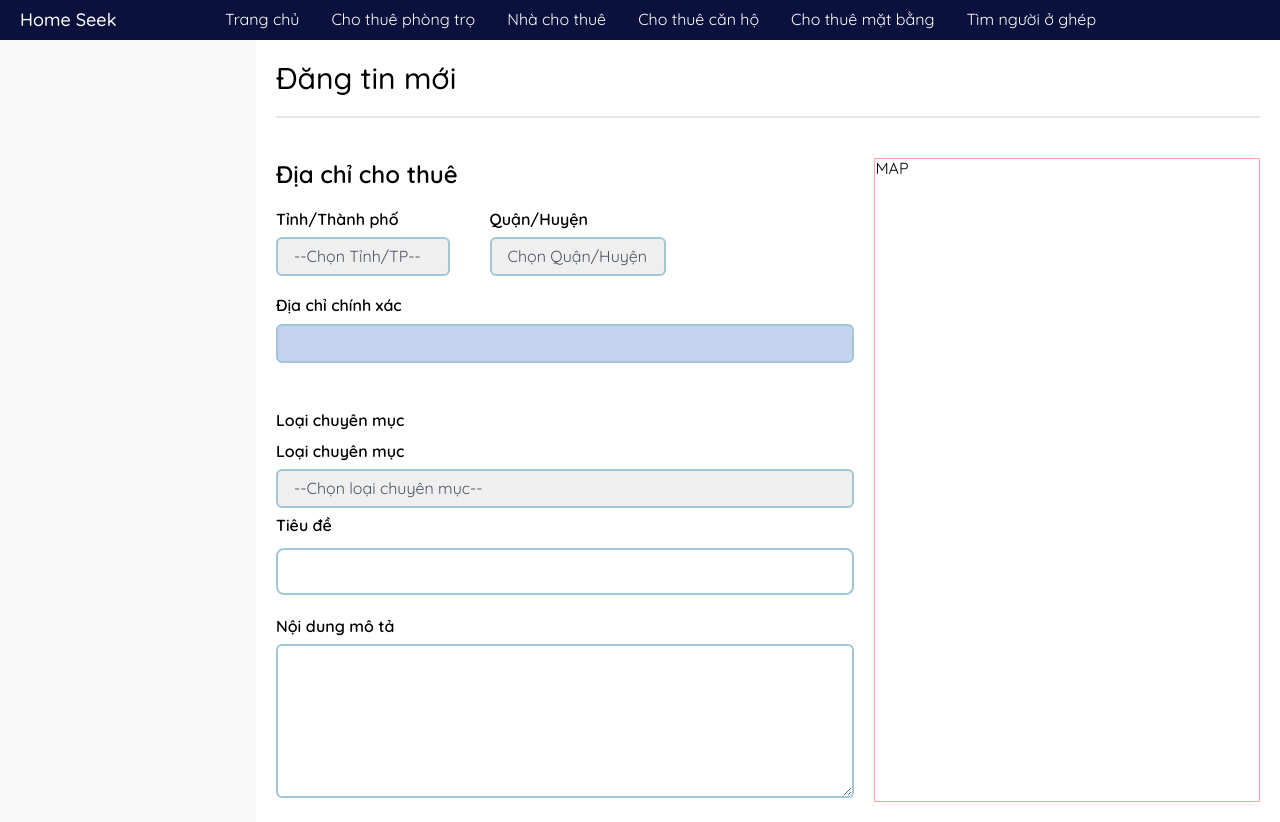
Repository: ajincome26/homeseek
Page: /create (app in client/)
The author's editor kept a copy of each file at every save. The page is drawn from the files as they stood at one save, then again after the next save.
The browser window is 1280 px wide. The pictures show the whole page.
The page's requests for data from a server got no answer. The project was rebuilt for these pictures with package versions that can differ from the ones it lists, and the page was loaded fresh each time. Some packages were replaced by stand-ins written for this rebuild. No one was signed in, and anything a server would have sent is missing. Also part of the build but not shown: client/vite.config.ts, client/src/components/Footer/Footer.tsx, client/src/components/Button/Button.tsx, client/src/components/Button/index.ts, client/src/utils/utils.tsx, client/src/components/MainHeader/components/User.tsx, client/src/components/Popover/Popover.tsx, client/src/components/Popover/index.ts and 16 more.

Above is the page before, as saved 2024-01-10 05:07:14.

### client/index.html
<!doctype html>
<html lang="en">
  <head>
    <meta charset="UTF-8" />
    <link rel="icon" type="image/svg+xml" href="/vite.svg" />
    <meta name="viewport" content="width=device-width, initial-scale=1.0" />
    <title>Home Seek</title>
    <link rel="preconnect" href="https://fonts.googleapis.com" />
    <link rel="preconnect" href="https://fonts.gstatic.com" crossorigin />
    <link
      href="https://fonts.googleapis.com/css2?family=Quicksand:wght@300;400;500;600;700&display=swap"
      rel="stylesheet"
    />
  </head>
  <body>
    <div id="root"></div>
    <script type="module" src="/src/main.tsx"></script>
  </body>
</html>

### client/src/main.tsx
import ReactDOM from 'react-dom/client'
import App from './App'
import './styles/index.scss'
import { BrowserRouter } from 'react-router-dom'
import { QueryClient, QueryClientProvider } from '@tanstack/react-query'
import { ReactQueryDevtools } from '@tanstack/react-query-devtools'
import { AuthProvider } from './contexts/auth.context'
import { ErrorBoundary } from './components/ErrorBoundary'

// Create a client
const queryClient = new QueryClient({
  defaultOptions: {
    queries: {
      refetchOnWindowFocus: false // disable việc fetch lại api khi focus tab window
    }
  }
})

ReactDOM.createRoot(document.getElementById('root')!).render(
  <BrowserRouter>
    <QueryClientProvider client={queryClient}>
      <AuthProvider>
        <ErrorBoundary>
          <App />
        </ErrorBoundary>
      </AuthProvider>
      <ReactQueryDevtools initialIsOpen={false} />
    </QueryClientProvider>
  </BrowserRouter>
)

### client/src/App.tsx
import { useEffect } from 'react'
import { useAuth } from './contexts/auth.context'
import useRoute from './useRoute'
import { LocalStorageEventTarget } from './utils/auth'
import { ToastContainer } from 'react-toastify'
import 'react-toastify/dist/ReactToastify.css'

function App() {
  const routeElements = useRoute()
  const { resetAuth } = useAuth()
  useEffect(() => {
    LocalStorageEventTarget.addEventListener('clearLS', () => {
      resetAuth()
    })
    return () => {
      LocalStorageEventTarget.removeEventListener('clearLS', () => {
        resetAuth()
      })
    }
  }, [resetAuth])
  return (
    <div className='bg-third'>
      <ToastContainer />
      <div>{routeElements}</div>
    </div>
  )
}

export default App

### client/src/styles/index.scss
@tailwind base;
@tailwind components;
@tailwind utilities;

@import 'reset';

body {
  font-family: 'Quicksand', sans-serif;
  font-size: 16px;
  line-height: 1.2;
}

select {
  -webkit-appearance: none;
  -moz-appearance: none;
  appearance: none;
}

::-webkit-scrollbar {
  width: 10px;
}
::-webkit-scrollbar-track {
  background-color: #fafafa;
}
::-webkit-scrollbar-thumb {
  background-color: #ccd0d7;
  border-radius: 50px;
}

/* Chrome, Safari, Edge, Opera */
input::-webkit-outer-spin-button,
input::-webkit-inner-spin-button {
  -webkit-appearance: none;
  margin: 0;
}
/* Firefox */
input[type='number'] {
  appearance: textfield;
}

.cr-truncate-1 {
  overflow: hidden;
  display: -webkit-box;
  -webkit-box-orient: vertical;
  -webkit-line-clamp: 1;
  text-overflow: ellipsis;
  word-break: break-word;
}

// class tailwind-sort
.cr-transition {
  @apply transition-all ease-linear duration-200;
}
.cr-hover-text {
  @apply hover:text-[#977616] transition-colors ease-linear duration-200 cursor-pointer;
}
.cr-input-text {
  @apply px-3 py-2 border-[2px] border-[#a0c7d6] outline-none rounded-md focus:border-[#4b5fc2] cr-transition box-border w-full;
}

### client/src/contexts/auth.context.tsx
import React, { createContext, useContext, useState } from 'react'
import { User } from '~/types/user.type'
import { getAccessToken, getUserInfoFromStorage } from '~/utils/auth'

interface AuthProviderType {
  isLoggedIn: boolean
  setIsLoggedIn: React.Dispatch<React.SetStateAction<boolean>>
  userInfo: User | null
  setUserInfo: React.Dispatch<React.SetStateAction<User | null>>
  resetAuth: () => void
}
const initialContext: AuthProviderType = {
  isLoggedIn: Boolean(getAccessToken()),
  setIsLoggedIn: () => null,
  userInfo: getUserInfoFromStorage(),
  setUserInfo: () => null,
  resetAuth: () => null
}

const AuthContext = createContext<AuthProviderType>(initialContext)
const useAuth = () => {
  const context = useContext(AuthContext)
  if (typeof context === 'undefined') throw new Error('useAuth must be used within a AuthContext')
  return context
}
const AuthProvider = ({ children }: { children: React.ReactNode }) => {
  const [isLoggedIn, setIsLoggedIn] = useState(initialContext.isLoggedIn)
  const [userInfo, setUserInfo] = useState(initialContext.userInfo)
  const resetAuth = () => {
    setIsLoggedIn(false)
    setUserInfo(null)
  }
  return (
    <AuthContext.Provider value={{ isLoggedIn, setIsLoggedIn, userInfo, setUserInfo, resetAuth }}>
      {children}
    </AuthContext.Provider>
  )
}

// eslint-disable-next-line react-refresh/only-export-components
export { useAuth, AuthProvider }

### client/src/components/ErrorBoundary/index.ts
export { default as ErrorBoundary } from './ErrorBoundary'

### client/src/useRoute.tsx
import { useRoutes } from 'react-router-dom'
import { path } from './constants/path'
import { MainLayout } from './layouts/MainLayout'
import ManageLayout from './layouts/ManageLayout/ManageLayout'
import { CreatePost } from './pages/CreatePostPage'
import { HomePage } from './pages/HomePage'
import { LoginPage } from './pages/LoginPage'
import { RegisterPage } from './pages/RegisterPage'

const { HOME, LOGIN, REGISTER, OAUTH, CREATE } = path

const useRoute = () => {
  return useRoutes([
    {
      path: LOGIN,
      element: <LoginPage />
    },
    {
      path: REGISTER,
      element: <RegisterPage />
    },
    {
      path: OAUTH,
      element: <LoginPage />
    },
    {
      path: OAUTH,
      element: <RegisterPage />
    },
    // Authen không ảnh hưởng
    {
      element: <ManageLayout />,
      children: [
        {
          index: true,
          path: CREATE,
          element: <CreatePost />
        }
      ]
    },
    {
      element: <MainLayout />,
      children: [
        {
          index: true,
          path: HOME,
          element: <HomePage />
        }
      ]
    }
  ])
}

export default useRoute

### client/src/utils/auth.ts
import { User } from '~/types/user.type'

export const LocalStorageEventTarget = new EventTarget()

export const getAccessToken = () => localStorage.getItem('accessToken') || ''
export const getRefreshToken = () => localStorage.getItem('refreshToken') || ''
export const setAccessToken = (accessToken: string) => localStorage.setItem('accessToken', accessToken)
export const setRefreshToken = (refreshToken: string) => localStorage.setItem('refreshToken', refreshToken)
export const getUserInfoFromStorage = () => {
  const info = localStorage.getItem('userInfo')
  return info ? JSON.parse(info) : null
}
export const setUserInfoToStorage = (userInfo: User) => localStorage.setItem('userInfo', JSON.stringify(userInfo))

export const clearLocalStorage = () => {
  localStorage.removeItem('accessToken')
  localStorage.removeItem('refreshToken')
  localStorage.removeItem('userInfo')
  const clearLSEvent = new Event('clearLS')
  LocalStorageEventTarget.dispatchEvent(clearLSEvent)
}

### client/src/styles/_reset.scss
*,
*::before,
*::after {
  box-sizing: border-box;
}
* {
  margin: 0;
  padding: 0;
}

html,
body {
  height: 100%;
}
body {
  line-height: 1.5;
  -webkit-font-smoothing: antialiased;
  -webkit-tap-highlight-color: rgba(0, 0, 0, 0);
}
a {
  text-decoration: none;
  color: inherit;
}
img,
picture,
video,
canvas,
svg {
  display: block;
  // max-width: 100%;
}
input,
button,
textarea,
select {
  font: inherit;
  outline: none;
}
option:checked {
  background-color: #0891b2;
  color: white;
  font-style: italic;
}
p,
h1,
h2,
h3,
h4,
h5,
h6 {
  overflow-wrap: break-word;
}

### client/src/constants/path.ts
export const path = {
  HOME: '/',
  LOGIN: '/login',
  OAUTH: '/login/oauth',
  REGISTER: '/register',
  LOGOUT: '/logout',

  ROOM_FOR_RENT: '/room-for-rent',
  HOUSE_FOR_RENT: '/house-for-rent',
  APARTMENT_FOR_RENT: '/apartment-for-rent',
  GROUND_FOR_RENT: '/ground-for-rent',
  FIND_A_ROOMATE: '/find-a-roomate',

  CREATE: '/create',
  MANAGE: '/manage',
  PROFILE: '/user/profile',
  CHANGE_PASSWORD: '/user/change-password',

  CONTACT: '/contact',

  NOT_FOUND: '*'
}

### client/src/layouts/MainLayout/index.ts
export { default as MainLayout } from './MainLayout'

### client/src/layouts/ManageLayout/ManageLayout.tsx
import { Outlet } from 'react-router-dom'
import { Sidebar } from '~/components/Sidebar'
import { SubHeader } from '~/components/SubHeader'

const ManageLayout = () => {
  return (
    <>
      <SubHeader />
      <div className='pt-[40px] flex'>
        <div className='min-h-[calc(100vh-40px)] basis-1/5'>
          <Sidebar />
        </div>
        <div className='bg-white basis-4/5'>
          <Outlet />
        </div>
      </div>
    </>
  )
}

export default ManageLayout

### client/src/pages/CreatePostPage/index.ts
export { default as CreatePost } from './CreatePost'

### client/src/pages/HomePage/index.ts
export { default as HomePage } from './HomePage'

### client/src/pages/LoginPage/index.ts
export { default as LoginPage } from './LoginPage'

### client/src/pages/RegisterPage/index.ts
export { default as RegisterPage } from './RegisterPage'

### client/src/components/Sidebar/index.ts
export { default as Sidebar } from './Sidebar'

### client/src/components/SubHeader/index.ts
export { default as SubHeader } from './SubHeader'

### client/src/pages/CreatePostPage/CreatePost.tsx
import { yupResolver } from '@hookform/resolvers/yup'
import { useForm } from 'react-hook-form'
import { postSchema, PostSchema } from '~/utils/schema'
import Address from './components/Address'
import Overview from './components/Overview'

export type FormPost = PostSchema

const CreatePost = () => {
  const { handleSubmit } = useForm<FormPost>({
    resolver: yupResolver(postSchema)
  })
  const handleCreatePost = (data: FormPost) => {}
  return (
    <div className='p-5 text-black'>
      <h2 className='w-full pb-5 text-3xl font-medium border-b-2'>Đăng tin mới</h2>
      <div className='flex gap-5 mt-10'>
        <form onSubmit={handleSubmit(handleCreatePost)} className='flex flex-col gap-10 basis-[60%]'>
          <Address />
          <Overview />
        </form>
        <div className='border border-red-300 map basis-[40%]'>MAP</div>
      </div>
    </div>
  )
}

export default CreatePost

### client/src/components/SubHeader/SubHeader.tsx
import { Link } from 'react-router-dom'
import { SubNavigation } from '../SubNavigation'

const SubHeader = () => {
  return (
    <div className='fixed w-full h-[40px] bg-primary text-white flex items-center gap-12 px-5'>
      <Link to={'/'} className='text-lg font-medium cursor-pointer hover:text-sixth cr-transition'>
        Home Seek
      </Link>
      <div className='w-[80%]'>
        <SubNavigation />
      </div>
    </div>
  )
}

export default SubHeader

### client/src/pages/CreatePostPage/components/Overview.tsx
import { yupResolver } from '@hookform/resolvers/yup'
import { useState } from 'react'
import { Field } from '~/components/Field'
import { Input } from '~/components/Input'
import { Select } from '~/components/Select'
import { categories } from '~/constants/data'
import { useForm } from 'react-hook-form'
import { postSchema, PostSchema } from '~/utils/schema'
import { Label } from '~/components/Label'

export type FormCreatePost = PostSchema

const Overview = () => {
  const [category, setCategory] = useState('')
  const {
    register,
    handleSubmit,
    setError,
    formState: { errors }
  } = useForm<FormCreatePost>({
    resolver: yupResolver(postSchema)
  })
  return (
    <div>
      <Field>
        <Label textColor='text-black' htmlFor='title'>
          Loại chuyên mục
        </Label>
        <Select
          type='category'
          label='Loại chuyên mục'
          optionTitle='--Chọn loại chuyên mục--'
          categories={categories as []}
          value={category}
          setValue={setCategory}
        />
      </Field>
      <Field>
        <Label textColor='text-black' htmlFor='title'>
          Tiêu đề
        </Label>
        <Input
          className='px-3 py-2 border-[2px] border-[#a0c7d6] outline-none focus:border-[#4b5fc2] cr-transition flex-1 hover:border-[#a0c7d6]'
          register={register}
          name='title'
          errorMessage={errors.title?.message}
        />
      </Field>
      <div>
        <label htmlFor='desc' className='font-semibold'>
          Nội dung mô tả
        </label>
        <textarea
          id='desc'
          className='mt-2 cr-input-text'
          rows={7}
          // value={payload.description}
          // onChange={(e) => setPayload((prev) => ({ ...prev, description: e.target.value }))}
          // onFocus={() => setInvalidFields([])}
        />
      </div>
    </div>
  )
}

export default Overview

### client/src/components/Field/index.ts
export { default as Field } from './Field'

### client/src/components/Input/index.ts
export { default as Input } from './Input'
export { default as InputPassword } from './InputPassword'
export { default as InputSearch } from './InputSearch'
export { default as InputNumber } from './InputNumber'
export { default as InputFile } from './InputFile'
export { default as InputReadOnly } from './InputReadOnly'

### client/src/components/Label/index.ts
export { default as Label } from './Label'

### client/src/utils/icons.ts
import { BiSolidShoppingBags, BiLogoFacebookCircle, BiPlus } from 'react-icons/bi'
import {
  AiFillInstagram,
  AiFillTwitterCircle,
  AiOutlineEye,
  AiOutlineEyeInvisible,
  AiOutlineShoppingCart,
  AiFillStar,
  AiOutlineStar,
  AiFillCaretRight,
  AiOutlineQuestionCircle,
  AiFillHeart,
  AiOutlineHeart,
  AiOutlinePlusCircle
} from 'react-icons/ai'
import { TbWorld, TbUserCircle, TbBrandMessenger } from 'react-icons/tb'
import { PiCaretDownBold, PiCaretUpBold, PiCaretLeftBold, PiCaretRightBold } from 'react-icons/pi'
import { HiOutlineSearch, HiOutlineLogout } from 'react-icons/hi'
import { BsListUl, BsThreeDots, BsShieldLock, BsPencilSquare } from 'react-icons/bs'
import { LiaFilterSolid } from 'react-icons/lia'
import { RiSubtractLine, RiTodoLine } from 'react-icons/ri'
import { FaCartPlus } from 'react-icons/fa'
import { CiEdit } from 'react-icons/ci'
import { FaRegUser, FaUserEdit } from 'react-icons/fa'
import { SiSensu } from 'react-icons/si'
import { FcGoogle } from 'react-icons/fc'
import { MdOutlineDashboard, MdOutlineLibraryBooks } from 'react-icons/md'

export default {
  AiFillInstagram,
  AiFillTwitterCircle,
  AiOutlineEye,
  AiOutlineEyeInvisible,
  AiOutlineShoppingCart,
  AiFillStar,
  AiOutlineStar,
  AiFillCaretRight,
  AiOutlineQuestionCircle,
  AiFillHeart,
  AiOutlineHeart,
  AiOutlinePlusCircle,
  BiSolidShoppingBags,
  BiLogoFacebookCircle,
  PiCaretDownBold,
  PiCaretUpBold,
  PiCaretLeftBold,
  PiCaretRightBold,
  TbWorld,
  TbUserCircle,
  TbBrandMessenger,
  HiOutlineSearch,
  HiOutlineLogout,
  BsListUl,
  BsThreeDots,
  BsShieldLock,
  BsPencilSquare,
  LiaFilterSolid,
  BiPlus,
  RiSubtractLine,
  RiTodoLine,
  FaCartPlus,
  FaUserEdit,
  CiEdit,
  FaRegUser,
  SiSensu,
  FcGoogle,
  MdOutlineDashboard,
  MdOutlineLibraryBooks
}

### client/src/constants/data.tsx
import { path } from './path'
import icons from '~/utils/icons'
import { CategoryType } from '~/types/category.type'

const { BsPencilSquare, MdOutlineLibraryBooks, TbUserCircle, FaUserEdit, TbBrandMessenger } = icons

const {
  ROOM_FOR_RENT,
  HOUSE_FOR_RENT,
  APARTMENT_FOR_RENT,
  GROUND_FOR_RENT,
  FIND_A_ROOMATE,
  CREATE,
  MANAGE,
  PROFILE,
  CONTACT
} = path

export const categories = [
  { id: 1, name: 'Cho thuê phòng trọ', path: ROOM_FOR_RENT },
  { id: 2, name: 'Nhà cho thuê', path: HOUSE_FOR_RENT },
  { id: 3, name: 'Cho thuê căn hộ', path: APARTMENT_FOR_RENT },
  { id: 4, name: 'Cho thuê mặt bằng', path: GROUND_FOR_RENT },
  { id: 5, name: 'Tìm người ở ghép', path: FIND_A_ROOMATE }
] as CategoryType[]

export const dataManage = [
  {
    id: 1,
    text: 'Đăng tin cho thuê',
    path: CREATE,
    icon: <BsPencilSquare />
  },
  {
    id: 2,
    text: 'Quản lý tin đăng',
    path: MANAGE,
    icon: <MdOutlineLibraryBooks />
  },
  {
    id: 3,
    text: 'Thông tin tài khoản',
    path: PROFILE,
    icon: <TbUserCircle />
  }
]

export const dataSidebar = [
  {
    id: 1,
    text: 'Đăng tin cho thuê',
    path: CREATE,
    icon: <BsPencilSquare />
  },
  {
    id: 2,
    text: 'Quản lý tin đăng',
    path: MANAGE,
    icon: <MdOutlineLibraryBooks />
  },
  {
    id: 3,
    text: 'Sửa thông tin cá nhân',
    path: PROFILE,
    icon: <FaUserEdit />
  },
  {
    id: 4,
    text: 'Liên hệ',
    path: CONTACT,
    icon: <TbBrandMessenger />
  }
]

### client/src/components/SubNavigation/index.ts
export { default as SubNavigation } from './SubNavigation'

### client/src/apis/province.api.ts
import { Province } from '~/types/province.type'
import { apiGetPublicProvinces } from '~/utils/utils'

const provinceApi = {
  getProvinces: () => apiGetPublicProvinces.get<Province[]>('/')
}

export default provinceApi

### client/src/components/Select/index.ts
export { default as Select } from './Select'

### client/src/components/Field/Field.tsx
interface Props {
  children: JSX.Element | JSX.Element[]
}

const Field = ({ children }: Props) => {
  return <div className='flex flex-col items-start'>{children}</div>
}

export default Field

### client/src/components/Input/Input.tsx
import { InputHTMLAttributes } from 'react'
import type { FieldValues, FieldPath, UseFormRegister } from 'react-hook-form'

export interface InputProps<TFieldValues extends FieldValues> extends InputHTMLAttributes<HTMLInputElement> {
  name: FieldPath<TFieldValues>
  errorMessage?: string
  register: UseFormRegister<TFieldValues>
}

const Input = <TFieldValues extends FieldValues = FieldValues>({
  className,
  type,
  name,
  children,
  errorMessage,
  register,
  ...props
}: InputProps<TFieldValues>) => {
  return (
    <div className='relative w-full'>
      <input
        id={name}
        type={type || 'text'}
        {...register(name)}
        {...props}
        className={`mb-[6px] border rounded-lg py-3 bg-grayField hover:border-primary focus:border-primary transition w-full focus:bg-white ${
          children ? 'pl-4 pr-10' : 'px-4'
        } ${className}`}
        autoComplete='on'
      />
      <span className='absolute top-1/2 right-3 translate-y-[-110%] cursor-pointer text-grayDark'>{children}</span>
      <div className='text-sm text-red-500 min-h-[1rem] leading-4'>{errorMessage}</div>
    </div>
  )
}

export default Input

### client/src/components/Input/InputReadOnly.tsx
import { InputHTMLAttributes } from 'react'

export interface InputProps extends InputHTMLAttributes<HTMLInputElement> {
  title: string
  data: string
}

const InputReadOnly = ({ title, data }: InputProps) => {
  return (
    <div className='w-full'>
      <label className='font-semibold' htmlFor={title}>
        {title}
      </label>
      <input type='text' id={title} value={data || ''} className='mt-2 cr-input-text bg-[#c5d3f1]' readOnly />
    </div>
  )
}

export default InputReadOnly

### client/src/components/Label/Label.tsx
interface Props {
  htmlFor: string
  children: string
  textColor?: string
}

const Label = ({ htmlFor, children, textColor }: Props) => {
  return (
    <label className={`${textColor || 'text-white'} mt-2 mb-3 font-semibold cursor-pointer`} htmlFor={htmlFor}>
      {children}
    </label>
  )
}

export default Label

### client/src/components/SubNavigation/SubNavigation.tsx
import { NavLink } from 'react-router-dom'
import { categories } from '~/constants/data'

const notActive = 'hover:bg-secondary px-4 h-full flex items-center bg-primary transition-all ease-linear duration-300'
const active = 'hover:bg-secondary px-4 h-full flex items-center bg-secondary'
const SubNavigation = () => {
  return (
    <div className='w-full h-[40px] flex justify-center items-center'>
      <div className='flex items-center h-full'>
        <NavLink to={'/'} className={({ isActive }) => (isActive ? active : notActive)}>
          Trang chủ
        </NavLink>
        {categories?.length > 0 &&
          categories.map((item, index) => {
            return (
              <div key={index} className='h-full'>
                <NavLink to={item.path} className={({ isActive }) => (isActive ? active : notActive)}>
                  {item.name}
                </NavLink>
              </div>
            )
          })}
      </div>
    </div>
  )
}

export default SubNavigation

### client/src/components/Select/Select.tsx
import classNames from 'classnames'
import { InputHTMLAttributes } from 'react'
import { CategoryType } from '~/types/category.type'
import { District, Province } from '~/types/province.type'

export interface SelectProps extends InputHTMLAttributes<HTMLInputElement> {
  type: string
  provinces?: Province[]
  districts?: District[]
  categories?: []
  value: string
  setValue: React.Dispatch<React.SetStateAction<string>>
  label: string
  optionTitle: string
}

const Select = ({ type, provinces, districts, categories, value, setValue, label, optionTitle }: SelectProps) => {
  return (
    <div className={`flex flex-col gap-2 ${type === 'category' ? 'w-full' : 'basis-[30%]'}`}>
      <label htmlFor='address-select' className='font-semibold'>
        {label}
      </label>
      <select
        className={classNames(
          'px-4 py-2 text-gray-600 border-[2px] border-[#a0c7d6] rounded-md outline-none cursor-pointer hover:border-[#4b5fc2] cr-transition'
        )}
        value={value}
        onChange={(e) => setValue(e.target.value)} // value của select là value của option (ở đây là province_id)
      >
        <option value=''>{optionTitle}</option>
        {type === 'province'
          ? provinces?.map((item) => (
              <option key={item.province_id} value={item.province_id} className='bg-white text-primary'>
                {item.province_name}
              </option>
            ))
          : type === 'district'
            ? districts?.map((item) => (
                <option key={item.district_id} value={item.district_id} className='bg-white text-primary'>
                  {item.district_name}
                </option>
              ))
            : categories?.map((item: CategoryType) => (
                <option key={item.id} value={item.name} className='bg-white text-primary'>
                  {item.name}
                </option>
              ))}
      </select>
    </div>
  )
}

export default Select

Loaded but not shown: client/tailwind.config.js (37 lines, source omitted); client/src/utils/schema.ts (64 lines, source omitted); client/src/pages/CreatePostPage/components/Address.tsx (67 lines, source omitted)

After the next save:
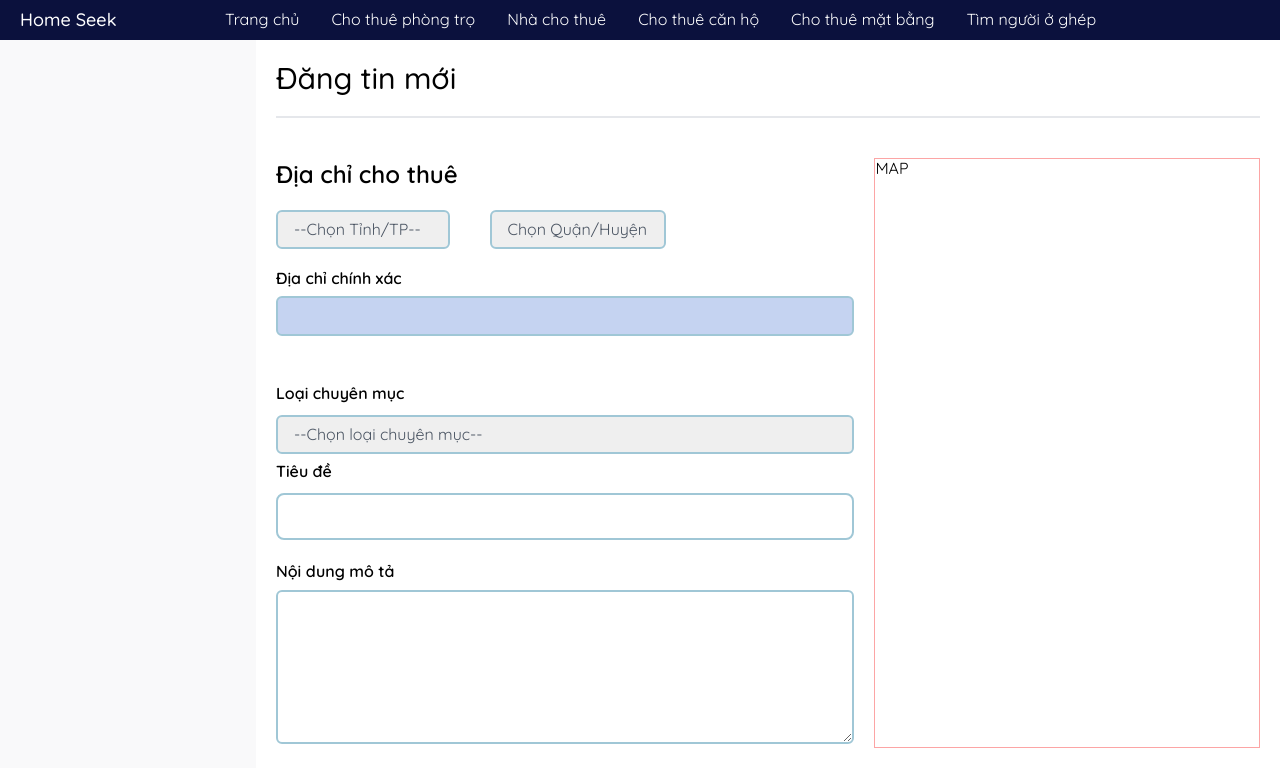
Saved 33 s later.
--- a/client/src/components/Select/Select.tsx
+++ b/client/src/components/Select/Select.tsx
@@ -10,16 +10,12 @@ export interface SelectProps extends InputHTMLAttributes<HTMLInputElement> {
   categories?: []
   value: string
   setValue: React.Dispatch<React.SetStateAction<string>>
-  label: string
   optionTitle: string
 }
 
-const Select = ({ type, provinces, districts, categories, value, setValue, label, optionTitle }: SelectProps) => {
+const Select = ({ type, provinces, districts, categories, value, setValue, optionTitle }: SelectProps) => {
   return (
     <div className={`flex flex-col gap-2 ${type === 'category' ? 'w-full' : 'basis-[30%]'}`}>
-      <label htmlFor='address-select' className='font-semibold'>
-        {label}
-      </label>
       <select
         className={classNames(
           'px-4 py-2 text-gray-600 border-[2px] border-[#a0c7d6] rounded-md outline-none cursor-pointer hover:border-[#4b5fc2] cr-transition'
